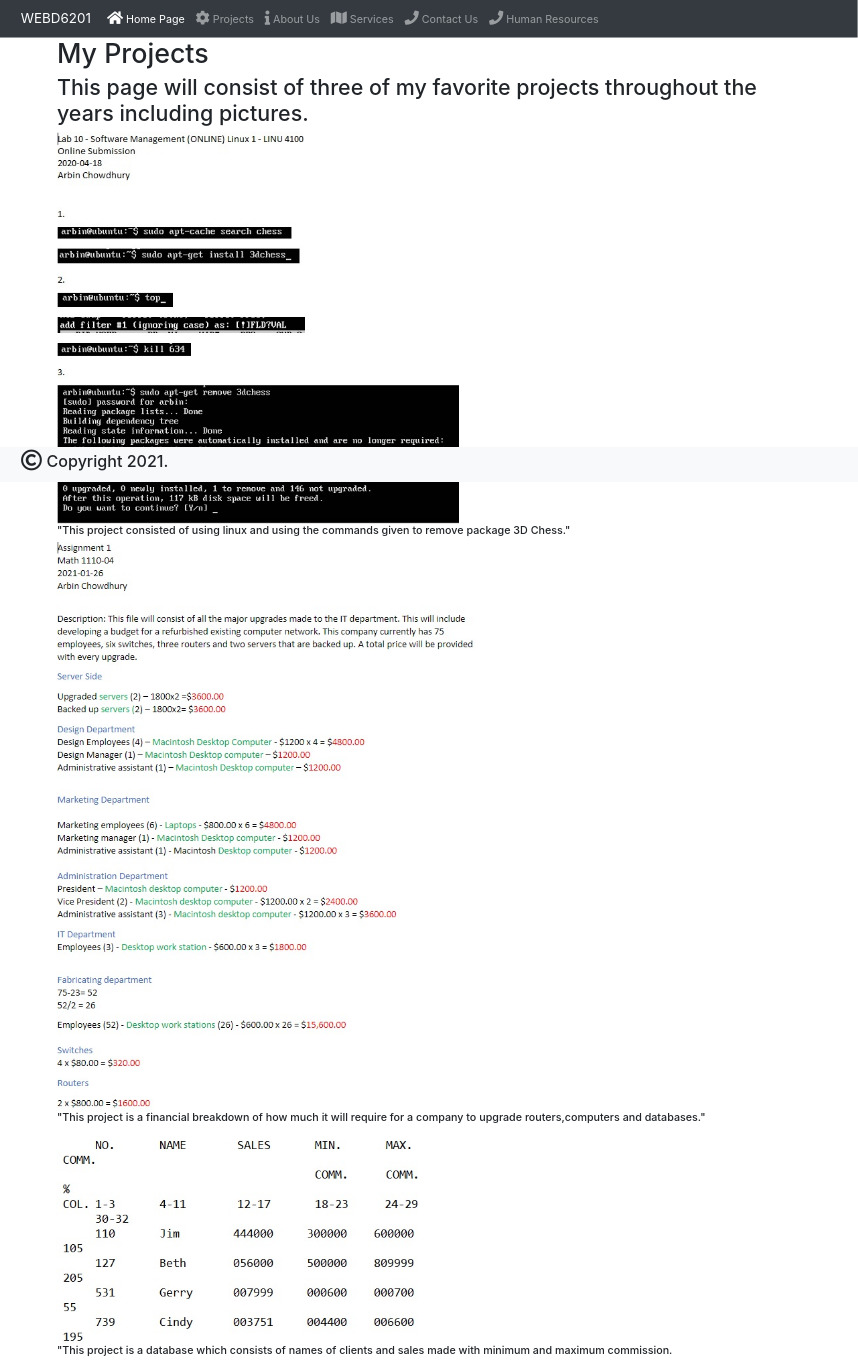
Repository: arbin6ix/ICE-2
Page: projects.html
An editor plug-in stored every save of this project. The page is shown before and after the next save, followed by the edit.
The browser window is 1280 px wide. The pictures show the whole page, at 67% of full size.

Above is the page before, as saved 2021-02-05 22:35:15.

### projects.html
<!DOCTYPE html>
<html lang="en">
<head>
    <meta charset="UTF-8">
    <meta name="viewport" content="width=device-width, initial-scale=1.0">
    <title>Projects</title>
    <!-- CSS Section -->
    <link rel="stylesheet" href="./node_modules/bootstrap/dist/css/bootstrap.min.css">
    <link rel="stylesheet" href="./node_modules/@fortawesome/fontawesome-free/css/all.min.css">
    <link rel="stylesheet" href="./Content/app.css">
</head>
<body>
    <!-- Main Header -->
    <header>
        <!-- Main Navigation -->
        <nav class="navbar navbar-expand-lg navbar-dark bg-dark">
          <div class="container-fluid">
            <a class="navbar-brand" href="projects.html">WEBD6201</a>
            <button class="navbar-toggler" type="button" data-bs-toggle="collapse" data-bs-target="#navbarSupportedContent" aria-controls="navbarSupportedContent" aria-expanded="false" aria-label="Toggle navigation">
              <span class="navbar-toggler-icon"></span>
            </button>
            <div class="collapse navbar-collapse" id="navbarSupportedContent";>
              <ul class="navbar-nav me-auto mb-2 mb-lg-0">
                <li class="nav-item">
                  <a class="nav-link active" aria-current="page" href="index.html"><i class="fas fa-home fa-lg"></i> Home Page</a>
                </li>

                <li class="nav-item">
                  <a class="nav-link" aria-current="page" href="projects.html"><i class="fas fa-cog fa-lg"></i> Projects</a>
                </li>

                <li class="nav-item">
                  <a class="nav-link" aria-current="page" href="about.html"><i class="fas fa-info fa-lg"></i> About Us</a>
                </li>

                <li class="nav-item">
                  <a class="nav-link" aria-current="page" href="services.html"><i class="fas fa-map fa-lg"></i> Services</a>
                </li>

                <li class="nav-item">
                  <a class="nav-link" aria-current="page" href="contact.html"><i class="fas fa-phone fa-lg"></i> Contact Us</a>
                </li>

                <li class="nav-item">
                  <a class="nav-link" aria-current="page" href="human-resources.html"><i class="fas fa-phone fa-lg"></i> Human Resources</a>
                </li>
              </ul>
            </div>
          </div>
        </nav>
  </header>

    <!-- Main Content -->
    <main class="container">
        <h1>My Projects</h1>
        <h2>This page will consist of three of my favorite projects throughout the years including pictures.</h2>

        <img src="images/project1.jpg">
        <h6>"This project consisted of using linux and using the commands given to remove package 3D Chess."</h6>

        <img src="images/Project2.jpg">
        <h6>"This project is a financial breakdown of how much it will require for a company to upgrade routers,computers and databases."</h6>

        <img src="images/Project3.jpg">
        <h6>"This project is a database which consists of names of clients and sales made with minimum and maximum commission.</h6>
    </main>






    <!-- Main Footer -->
    <footer>
        <nav class="navbar fixed-bottom navbar-light bg-light">
            <div class="container-fluid">
              <h4><i class="far fa-copyright fa-lg"></i> Copyright 2021.</h4>
            </div>
          </nav>
    </footer>

    <!-- Script Section-->
    <script src="./node_modules/jquery/dist/jquery.min.js"></script>
    <script src="./node_modules/bootstrap/dist/js/bootstrap.bundle.min.js"></script>
    <script src="./Scripts/app.js"></script>
</body>
</html>

### Scripts/app.js
/* custom JavaScript goes here */

//IIFE - Immediately Invoked Function Expression
//AKA - Anonymous Self-Executing Function
//Closure - limits scope leak

"use strict";
//Contact Class


(function()
{
    function displayHome()
    {
        let paragraphOneText =
          "This is a simple site to demonstrate DOM Manipulation for ICE 2";

        let paragraphOneElement = document.getElementById("paragraphOne");

        paragraphOneElement.textContent = paragraphOneText;
        paragraphOneElement.className = "fs-5";

        // Step 1. document.createElement
        let newParagraph = document.createElement("p");
        // Step 2. configure the element
        newParagraph.setAttribute("id", "paragraphTwo");
        newParagraph.textContent = "...And this is paragraph two";
        // Step 3. select the parent element
        let mainContent = document.getElementsByTagName("main")[0];
        // Step 4. Add / Insert the element
        mainContent.appendChild(newParagraph);

        newParagraph.className = "fs-6";

        // another way of injecting content
        let paragraphDiv = document.createElement("div");
        let paragraphThree = `<p id="paragraphThree" class="fs-7 fw-bold">And this is the Third Paragraph</p>`;
        paragraphDiv.innerHTML = paragraphThree;

        // insertions

        // example of inserting before a node
        //newParagraph.before(paragraphDiv);

        // example of inserting after a node
        newParagraph.after(paragraphDiv);

        // deletions

        // example of removing a single element
        //paragraphOneElement.remove();

        // example of removeChild
        mainContent.removeChild(paragraphOneElement);

        // update / modification
        //mainContent.firstElementChild.textContent = "Welcome Home!";

        mainContent.innerHTML = `<h1 id="firstHeading">Welcome to WEBD6201 - Lab 1</h1>
         <p id="paragraphOne" class="fs-3 fw-bold">This is my first Paragraph</p>
        `;

    }

    function displayAbout()
    {

    }

    function displayProjects()
    {

    }

    function displayServices()
    {

    }

    function displayContact()
    {
        let messageArea = document.getElementById("messageArea");
        messageArea.hidden = true;

        // form validation
        let fullName = document.getElementById("fullName");
        fullName.addEventListener("blur", function() {
            if(fullName.value.length < 2)
            {
                fullName.focus();
                fullName.select();
                messageArea.hidden = false;
                messageArea.className = "alert alert-danger";
                messageArea.textContent = "Please enter an appropriate Name";
            }
            else
            {
                messageArea.removeAttribute("class");
                messageArea.hidden = true;
            }
        });

        let sendButton = document.getElementById("sendButton");
        sendButton.addEventListener("click", function(event){
            //event.preventDefault();


            let contact = new Contact(fullName.value, contactNumber.value, emailAddress.value);
              localStorage.setItem((localStorage.length + 1).toString(), contact.serialize());







        });
    }

    function displayContactList()
    {
      if (localStorage.length > 0)
      {
        let contactList = document.getElementById("contactList");

        let data = "";

        for (let index = 0; index < localStorage.length; index++)
        {
          let contactData = localStorage.getItem((index + 1).toString());

          let contact = new Contact();
          contact.deserialize(contactData);

          data += `<tr>
          <th scope="row">${index + 1}</th>
          <td>${contact.FullName}</td>
          <td>${contact.ContactNumber}</td>
          <td>${contact.EmailAddress}</td>
        </tr>`;
        }

        contactList.innerHTML = data;
      }
    }



    function Start()
    {
        console.log("App Started...");

        switch (document.title)
        {
          case "Home":
              displayHome();
            break;
          case "About":
              displayAbout();
            break;
          case "Projects":
              displayProjects();
            break;
          case "Services":
              displayServices();
            break;
          case "Contact":
              displayContact();
            break;
          case "Contact-List":
            displayContactList();
          break;
        }

    }

    window.addEventListener("load", Start);

})();

Loaded but not shown: node_modules/bootstrap/dist/css/bootstrap.min.css (library); node_modules/@fortawesome/fontawesome-free/css/all.min.css (library); Content/app.css (common file); node_modules/jquery/dist/jquery.min.js (library); node_modules/bootstrap/dist/js/bootstrap.bundle.min.js (library)

After the next save:
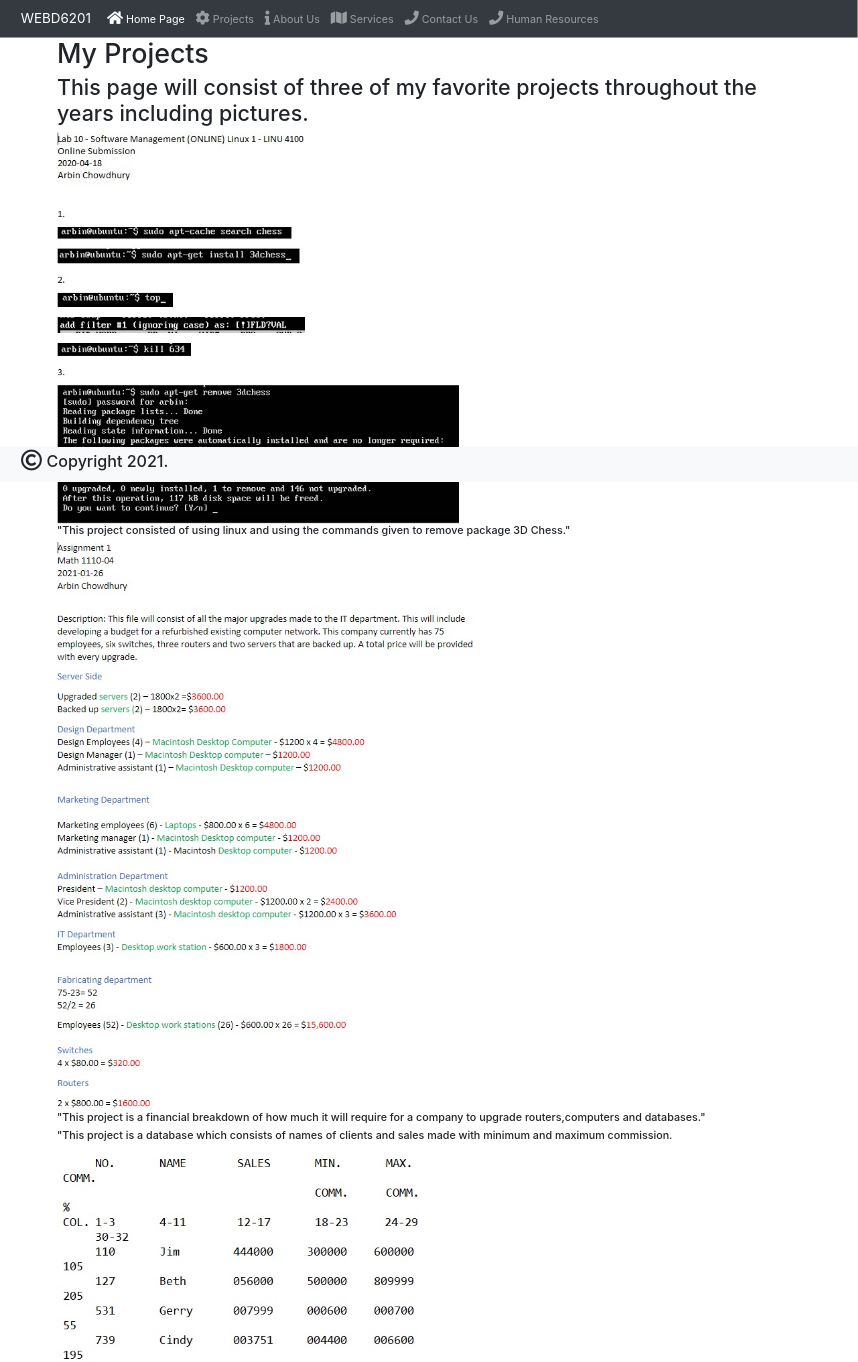
Saved 39 s later.
--- a/projects.html
+++ b/projects.html
@@ -60,9 +60,9 @@
 
         <img src="images/Project2.jpg">
         <h6>"This project is a financial breakdown of how much it will require for a company to upgrade routers,computers and databases."</h6>
+        <h6>"This project is a database which consists of names of clients and sales made with minimum and maximum commission.</h6>
+        <img src="images/Project3.jpg">
 
-        <img src="images/Project3.jpg">
-        <h6>"This project is a database which consists of names of clients and sales made with minimum and maximum commission.</h6>
     </main>
 
 
